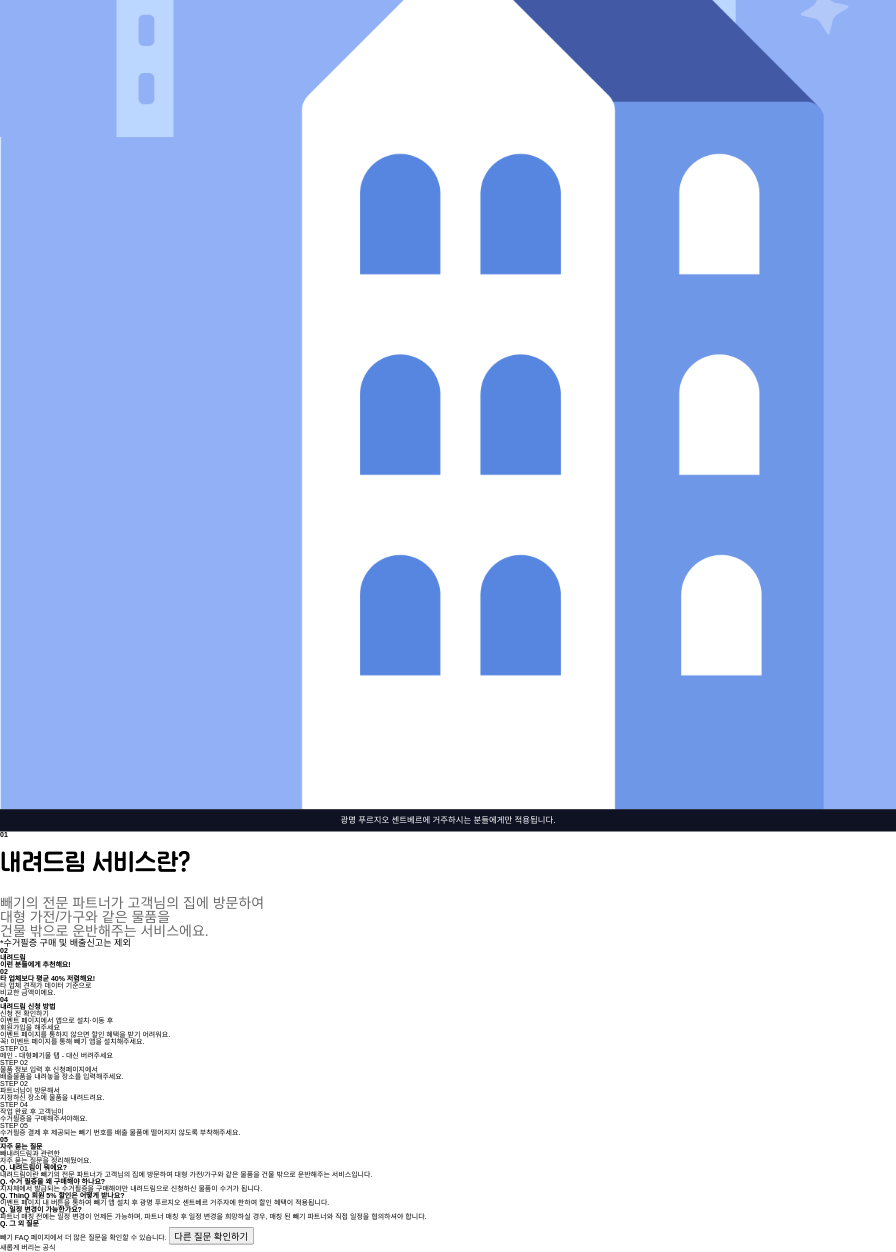
Repository: seraLeeDev/lgthinq-test
Page: index2.html
An editor plug-in stored every save of this project. The page is shown before and after the next save, followed by the edit.
The browser window is 1280 px wide. The pictures show the part of the page from y = 2287 to 4207 px (the page is 4075 px tall before and 4207 px after), at 70% of full size.
Some web fonts or font styles are not loaded; a fallback is used.

Above is the page before, as saved 2023-03-14 12:15:08.
Console error: ReferenceError: AOS is not defined

After the next save:
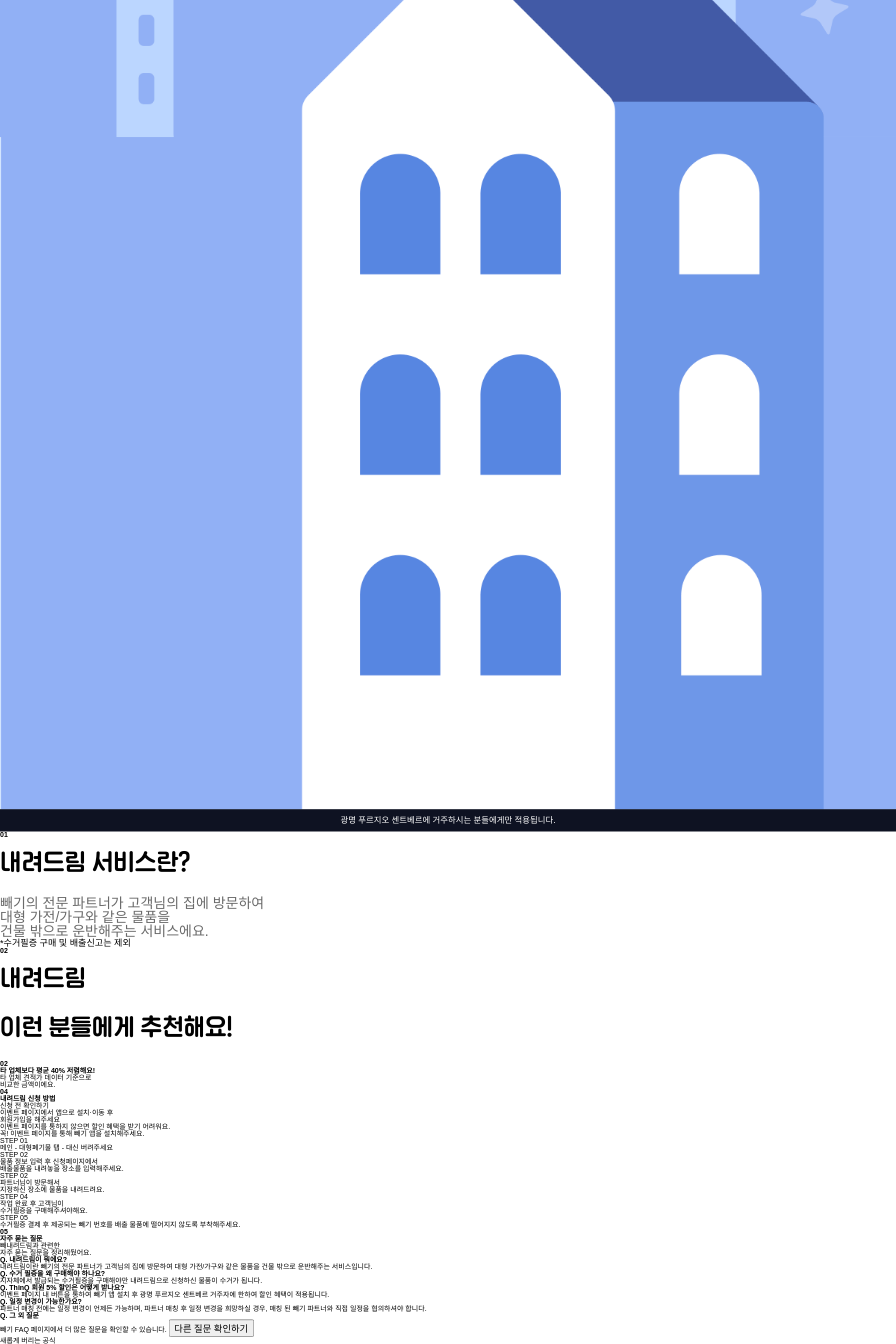
Saved 2 min 55 s later.
--- a/index2.html
+++ b/index2.html
@@ -116,8 +116,8 @@
         </section>
         <!-- 02. 내려드림 추천 -->
         <section>
-          <b>02</b>
-          <h2>
+          <b class="index">02</b>
+          <h2 class="GGothic h2">
             <span>내려드림</span><br />
             이런 분들에게 추천해요!
           </h2>
